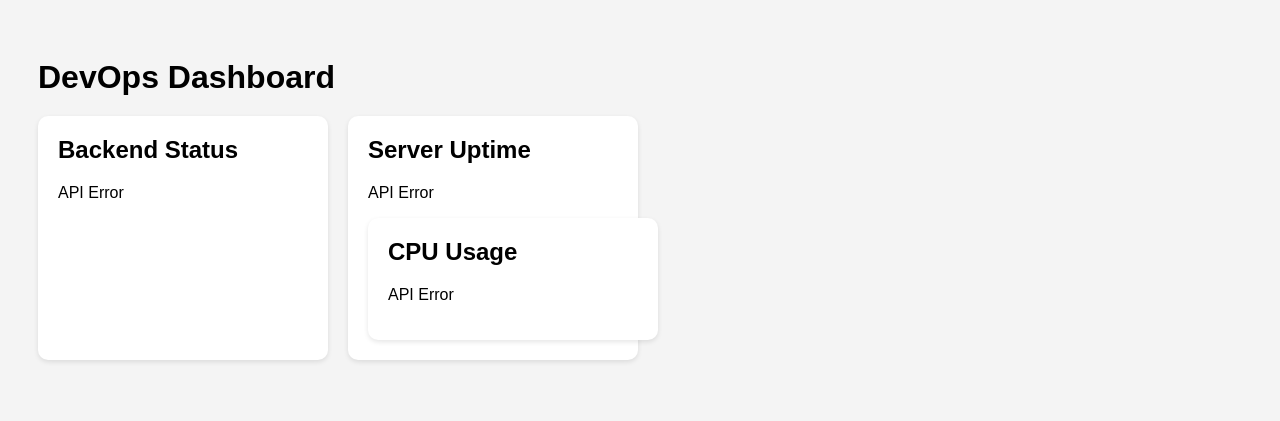
Repository: manoj-991/devops-dashboard
Page: frontend/index.html
The author's editor kept a copy of each file at every save. The page is drawn from the files as they stood at one save, then again after the next save.
The browser window is 1280 px wide. The pictures show the whole page.
The page's requests for data from a server got no answer.

Above is the page before, as saved 2026-05-23 00:17:25.

After the next save:
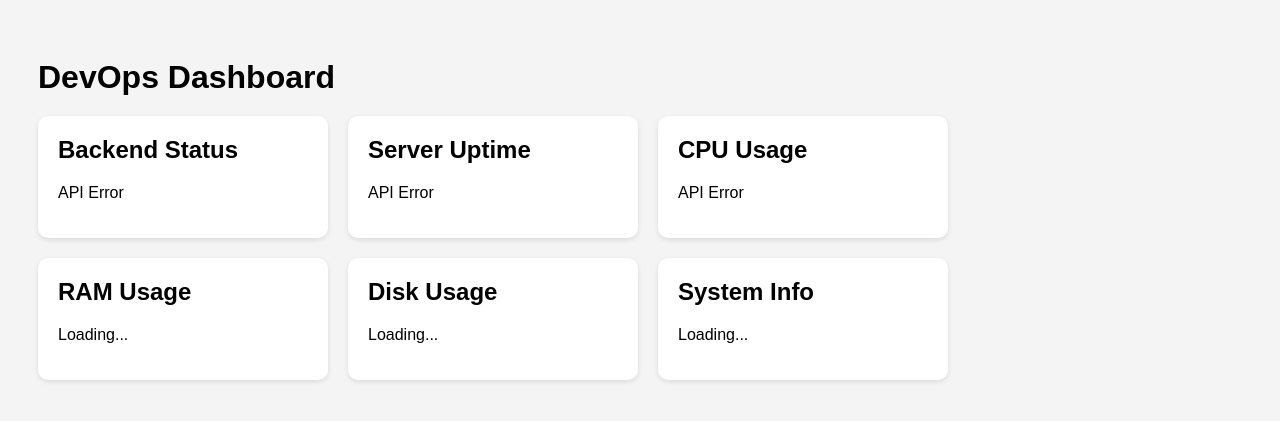
Saved 2 min 45 s later.
--- a/frontend/index.html
+++ b/frontend/index.html
@@ -16,31 +16,42 @@
     <div class="dashboard">
 
         <div class="card">
-
             <h2>Backend Status</h2>
-
             <p id="backend-status">Loading...</p>
-
         </div>
 
         <div class="card">
+            <h2>Server Uptime</h2>
+            <p id="uptime-result">Loading...</p>
+        </div>
 
-            <h2>Server Uptime</h2>
+        <div class="card">
+            <h2>CPU Usage</h2>
+            <p id="cpu-result">Loading...</p>
+        </div>
 
-            <p id="uptime-result">Loading...</p>
-            <div class="card">
+        <div class="card">
+            <h2>RAM Usage</h2>
+            <p id="ram-result">Loading...</p>
+        </div>
 
-                <h2>CPU Usage</h2>
+        <div class="card">
+            <h2>Disk Usage</h2>
+            <p id="disk-result">Loading...</p>
+        </div>
 
-                <p id="cpu-result">Loading...</p>
+        <div class="card">
+            <h2>System Info</h2>
 
-            </div>
-
+            <p id="system-result">
+                Loading...
+            </p>
         </div>
 
     </div>
 
     <script src="/frontend/app.js"></script>
+
 </body>
 
 </html>
